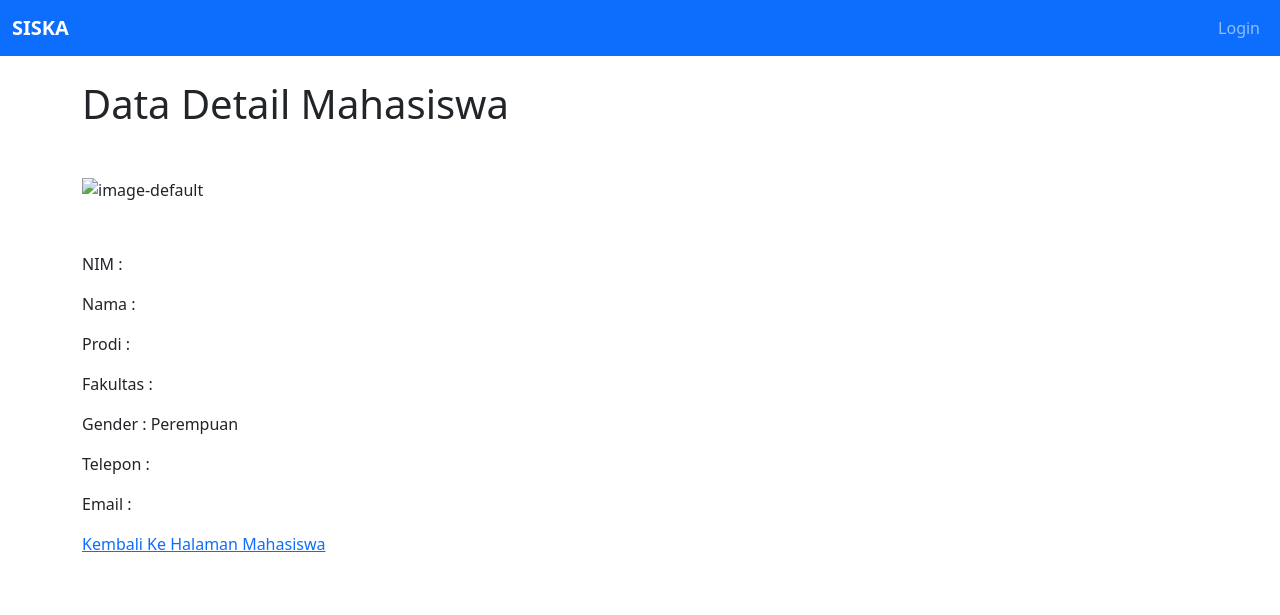
Repository: WiraAtma/administrasi-kampus
Page: resources/views/mahasiswa-detail.blade.php
The author's editor kept a copy of each file at every save. The page is drawn from the files as they stood at one save, then again after a run of saves.
The browser window is 1280 px wide. The pictures show the whole page.
The page is served by the project's Laravel application, run on PHP 8.4 with Laravel 12. Other server files are loaded and not shown. The template is opened directly, without the code that normally fills it, so the values that code supplies are empty.

Above is the page before, as saved 2024-10-26 16:06:12.

### routes/web.php
<?php

use App\Http\Controllers\AuthController;
use App\Http\Controllers\FakultasController;
use App\Http\Controllers\MahasiswaController;
use App\Http\Controllers\ProdiController;
use App\Http\Middleware\AdminAccess;
use App\Http\Middleware\DosenAccess;
use Illuminate\Support\Facades\Route;

Route::get('/', function() {
    return view('home');
});

Route::get('/login', [AuthController::class, 'login'])->name('login')->middleware('guest');
Route::post('/login', [AuthController::class, 'authenticing'])->middleware('guest');
Route::get('/logout', [AuthController::class, 'logout']);

Route::get('/mahasiswa', [MahasiswaController::class, 'index'])->middleware('auth');
Route::get('/mahasiswa-detail/{id}', [MahasiswaController::class, 'show'])->middleware('auth');
Route::get('/mahasiswa-create', [MahasiswaController::class, 'create'])->middleware([AdminAccess::class]);
Route::post('/filter-mahasiswa', [MahasiswaController::class, 'store'])->middleware([AdminAccess::class]);
Route::get('/mahasiswa-edit/{id}', [MahasiswaController::class, 'edit'])->middleware([DosenAccess::class]);
Route::put('/filter-mahasiswa/{id}', [MahasiswaController::class, 'update'])->middleware([DosenAccess::class]);
Route::get('/mahasiswa-delete/{id}', [MahasiswaController::class, 'delete'])->middleware([AdminAccess::class]);
Route::delete('/filter-delete-mahasiswa/{id}', [MahasiswaController::class, 'destroy'])->middleware([AdminAccess::class]);
Route::get('/mahasiswa-temporary', [MahasiswaController::class, 'mahasiswaDeleted'])->middleware([AdminAccess::class]);
Route::get('/filter-restore-mahasiswa/{id}', [MahasiswaController::class, 'restore'])->middleware([AdminAccess::class]);

Route::get('/prodi', [ProdiController::class, 'index'])->middleware('auth');
Route::get('/prodi-detail/{id}', [ProdiController::class, 'show'])->middleware('auth');
Route::get('/prodi-create', [ProdiController::class, 'create'])->middleware([AdminAccess::class]);
Route::post('/filter-prodi', [ProdiController::class, 'store'])->middleware([AdminAccess::class]);
Route::get('/prodi-edit/{id}', [ProdiController::class, 'edit'])->middleware([DosenAccess::class]);
Route::post('/filter-prodi/{id}', [ProdiController::class, 'update'])->middleware([DosenAccess::class]);
Route::get('/prodi-delete/{id}', [ProdiController::class, 'delete'])->middleware([AdminAccess::class]);
Route::delete('/filter-delete-prodi/{id}', [ProdiController::class, 'destroy'])->middleware(AdminAccess::class);
Route::get('/prodi-temporary', [ProdiController::class, 'prodiDeleted'])->middleware([AdminAccess::class]);
Route::get('/filter-restore-prodi/{id}', [ProdiController::class, 'restore'])->middleware([AdminAccess::class]);

Route::get('/fakultas', [FakultasController::class, 'index'])->middleware('auth');

### resources/views/mahasiswa-detail.blade.php
@extends('layouts.mainLayouts')

@section('title','Detail Mahasiswa')

@section('content')
    <h1>Data Detail Mahasiswa</h1>
    <div class="my-5">
        @if ($mahasiswa->image != '')
            <img src="{{ asset('storage/photo/'. $mahasiswa->image) }}" alt="image" style="width:200px">
        @else
            <img src="{{ asset('storage/default/defaultPhoto.jpg') }}" alt="image-default" style="width:200px">
        @endif

    </div>
    <div class="mt-5">
        <table>
            <tr>
                <th></th>
            </tr>
        </table>
        <p>NIM : {{ $mahasiswa->nim }}</p>
        <p>Nama : {{ $mahasiswa->name }}</p>
        <p>Prodi : {{ $mahasiswa->prodi->name }}</p>
        <p>Fakultas :
            {{ $mahasiswa->prodi->fakultas->name }}
        </p>
        <p>
            Gender :
            @if ($mahasiswa->gender === 'L')
                Laki - Laki
            @else
                Perempuan
            @endif
        </p>
        <p>Telepon : {{ $mahasiswa->phone }}</p>
        <p>Email : {{ $mahasiswa->email }}</p>
    </div>
    <a href="/mahasiswa">Kembali Ke Halaman Mahasiswa</a>
@endsection

### resources/views/layouts/mainLayouts.blade.php
<!DOCTYPE html>
<html lang="en">
<head>
    <meta charset="UTF-8">
    <meta name="viewport" content="width=device-width, initial-scale=1.0">
    <meta http-equiv="X-UA-Compatible" content="ie=edge">
    <title>SISKA | @yield('title')</title>
    <link href="https://cdn.jsdelivr.net/npm/bootstrap@5.3.3/dist/css/bootstrap.min.css" rel="stylesheet" integrity="sha384-QWTKZyjpPEjISv5WaRU9OFeRpok6YctnYmDr5pNlyT2bRjXh0JMhjY6hW+ALEwIH" crossorigin="anonymous">
</head>
<body>
    <nav class="navbar sticky-top bg-primary navbar-expand-lg" data-bs-theme="dark">
        <div class="container-fluid">
          <a class="navbar-brand" href="/" style="font-weight: bold">SISKA</a>
          <button class="navbar-toggler" type="button" data-bs-toggle="collapse" data-bs-target="#navbarTogglerDemo02" aria-controls="navbarTogglerDemo02" aria-expanded="false" aria-label="Toggle navigation">
            <span class="navbar-toggler-icon"></span>
          </button>
          <div class="collapse navbar-collapse" id="navbarTogglerDemo02">
              <ul class="navbar-nav me-auto mb-2 mb-lg-0">
              @if(auth()->check() && auth()->user()->name != '')
              @else
                <li class="nav-item">
                  <a class="nav-link invisible {{ request()->is('/') ? 'active' : ''}}" href="/">Beranda</a>
                </li>
              @endif
              @if(auth()->check() && auth()->user()->name != '')
                <li class="nav-item">
                  <a class="nav-link {{ request()->is('mahasiswa') ? 'active' : ''}}" href="/mahasiswa">Mahasiswa</a>
                </li>
                <li class="nav-item">
                  <a class="nav-link {{ request()->is('prodi') ? 'active' : ''}}" href="/prodi">Program Studi</a>
                </li>
                <li class="nav-item">
                  <a class="nav-link {{ request()->is('fakultas') ? 'active' : ''}}" href="/fakultas">Fakultas Kampus</a>
                </li>
              @else
              @endif
              </ul>
            <ul class="navbar-nav">
              <li class="nav-item">
                @if(auth()->check() && auth()->user()->name != '')
                  <a href="/logout" class="nav-link">Logout</a>
                @else
                  <a href="/login" class="nav-link">Login</a>
                @endif
              </li>
            </ul>
          </div>
        </div>
    </nav>
    <div class="container mt-4">
        @yield('content')
    </div>
    <script src="https://cdn.jsdelivr.net/npm/bootstrap@5.3.3/dist/js/bootstrap.bundle.min.js" integrity="sha384-YvpcrYf0tY3lHB60NNkmXc5s9fDVZLESaAA55NDzOxhy9GkcIdslK1eN7N6jIeHz" crossorigin="anonymous"></script>
</body>
</html>

After the next 4 saves:
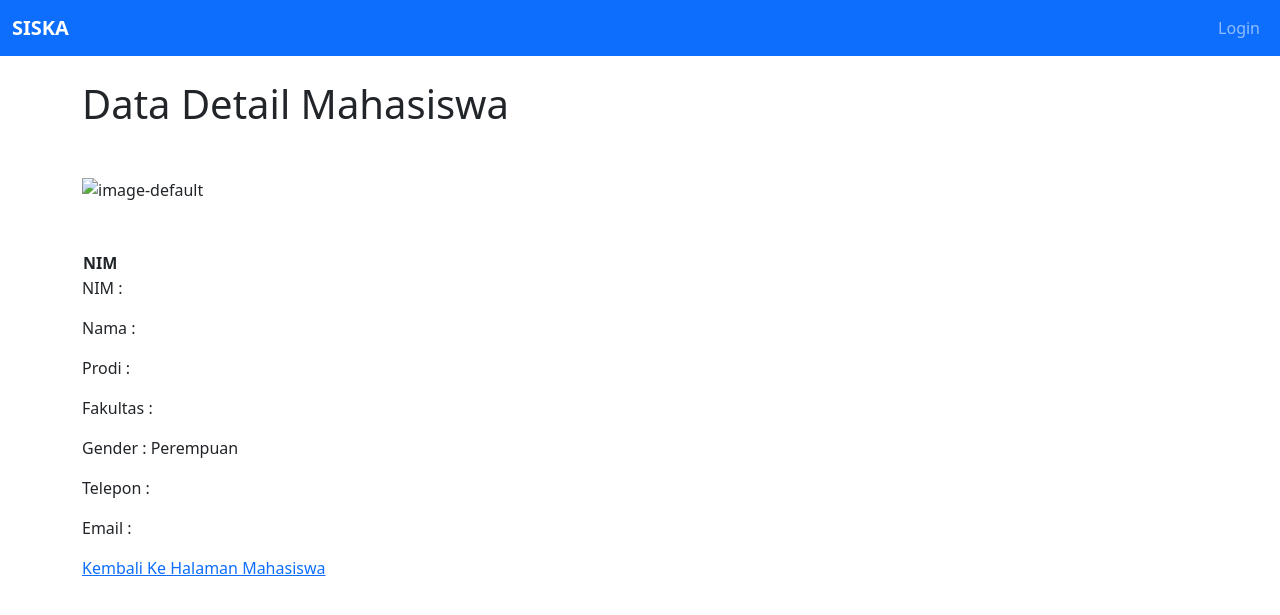
The 4 saves are shown as one change because they came seconds apart.
The last was saved 12 s later.
--- a/resources/views/mahasiswa-detail.blade.php
+++ b/resources/views/mahasiswa-detail.blade.php
@@ -15,7 +15,8 @@
     <div class="mt-5">
         <table>
             <tr>
-                <th></th>
+                <th>NIM</th>
+                <td></td>
             </tr>
         </table>
         <p>NIM : {{ $mahasiswa->nim }}</p>
